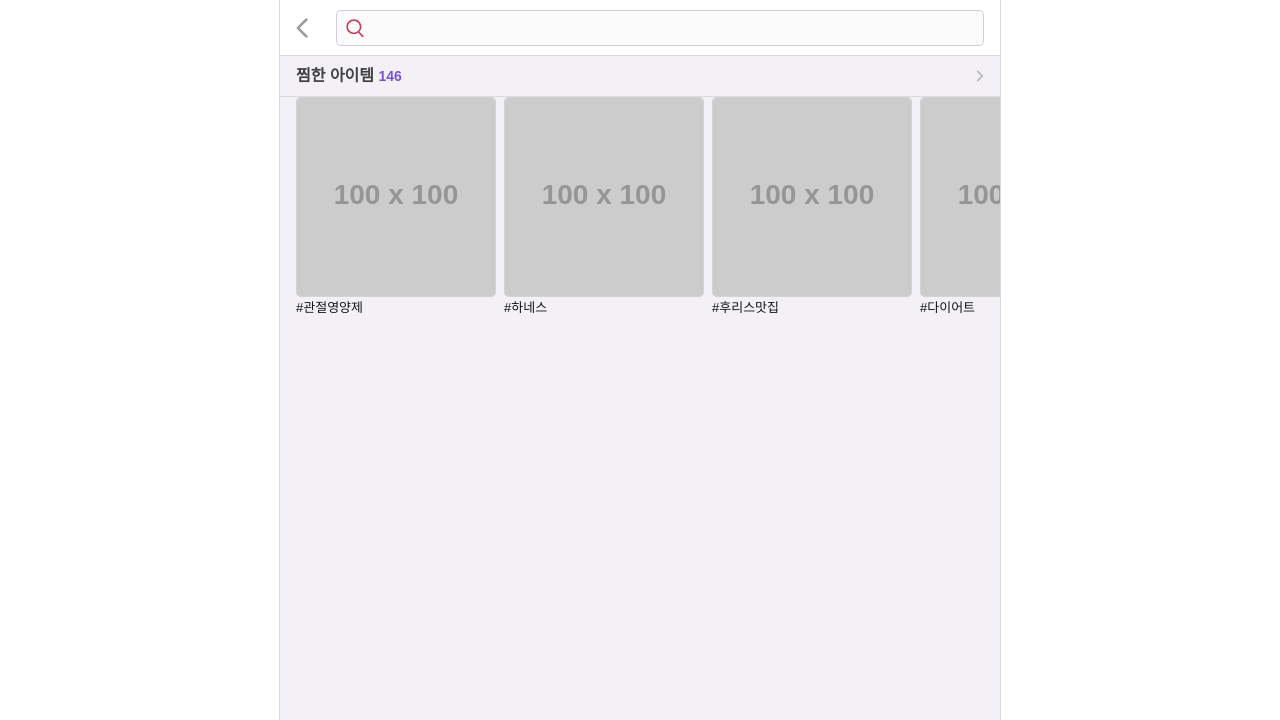
Repository: gosun1018/denguru
Page: search_review_item.html
The author's editor kept a copy of each file at every save. The page is drawn from the files as they stood at one save, then again after the next save.
The browser window is 1280 px wide. The pictures show the whole page.
Some web fonts or font styles are not loaded; a fallback is used. The style sheet was rebuilt from its Sass, Less or Tailwind sources for each picture, by a compiler version that may differ from the author's.

Above is the page before, as saved 2020-04-06 11:07:09.

### search_review_item.html
<!DOCTYPE html>
<html lang="ko">
<head>
    <meta charset="UTF-8">
    <meta name="viewport" content="width=device-width, initial-scale=1.0">
    <title>리뷰제품 선택</title>
    <link rel="stylesheet" href="https://unpkg.com/swiper/css/swiper.min.css">
    <link rel="stylesheet" href="css/main.css">
    <script src="https://unpkg.com/swiper/js/swiper.min.js"></script>
</head>
<body>
    <div class="wrap">
        <header class="header02">
            <h1 class="blind">리뷰제품 선택</h1>
            <a href="javascript:document.referrer? history.back() : location.href = 'home_review_write.html'" class="btn_goback"><img src="images/icon-goback.svg" alt="뒤로가기" class="icon"></a>
            <div class="h_search_box">
                <form action="">
                    <label for="inpSearch" class="lab_search"><img src="images/icon-search.svg" alt="검색" class="icon_search"></label>
                    <input type="search" name="inpSearch" class="inp_search" id="inpSearch">
                    <button type="button" class="btn_del btn_linkstyle blind" id="btnDel"><img src="images/icon-del.svg" alt="취소" class="icon"></button>
                </form>
            </div>
        </header>

        <div class="main">
            <div class="pd_header02"></div>
            <div class="search_review_item_container">
                <div class="title04">
                    <h2 class="tit">
                        찜한 아이템
                        <span class="tit_sub01">146</span>
                    </h2>
                    <a href="home_review_item.html" class="btn btn_linkstyle">
                        <img src="images/icon-angle-right-gray.svg" alt="리뷰더보기" class="icon">
                    </a>
                </div>
                <div class=" hash_list_container swiper-container">
                    <ul class="item_list04 swiper-wrapper">
                        <li class="item_box swiper-slide">
                            <a href="search_result.html">
                                <div class="item_thum"><img src="http://placehold.it/100x100" alt="#관절영양제" class="img"></div>
                                <div class="hash">#관절영양제</div>
                            </a>
                        </li>
                        <li class="item_box swiper-slide">
                            <a href="search_result.html">
                                <div class="item_thum"><img src="http://placehold.it/100x100" alt="#하네스" class="img"></div>
                                <div class="hash">#하네스</div>
                            </a>
                        </li>
                        <li class="item_box swiper-slide">
                            <a href="search_result.html">
                                <div class="item_thum"><img src="http://placehold.it/100x100" alt="#후리스맛집" class="img"></div>
                                <div class="hash">#후리스맛집</div>
                            </a>
                        </li>
                        <li class="item_box swiper-slide">
                            <a href="search_result.html">
                                <div class="item_thum"><img src="http://placehold.it/100x100" alt="#관절영양제" class="img"></div>
                                <div class="hash">#다이어트</div>
                            </a>
                        </li>
                        <li class="item_box swiper-slide">
                            <a href="search_result.html">
                                <div class="item_thum"><img src="http://placehold.it/100x100" alt="#하네스" class="img"></div>
                                <div class="hash">#장난감</div>
                            </a>
                        </li>
                        <li class="item_box swiper-slide">
                            <a href="search_result.html">
                                <div class="item_thum"><img src="http://placehold.it/100x100" alt="#후리스맛집" class="img"></div>
                                <div class="hash">#패딩</div>
                            </a>
                        </li>
                    </ul>
                </div>
            </div>
        </div>
    </div>

    <script>

         var swiper = new Swiper('.hash_list_container', {
            slidesPerView: 'auto',
            spaceBetween: 0,
        });

    </script>
</body>
</html>

### css/scss/main.scss
@charset "utf-8";

//utils
@import "utils/variables";
@import "utils/mixins";
@import "utils/animations";

// base
@import "base/reset";
@import "base/layout";
@import "base/typography";

//modules
@import "modules/swipercustom";
@import "modules/form";
@import "modules/button";
@import "modules/popup";
@import "modules/popover";
@import "modules/toast";
@import "modules/pagination";

//component
@import "component/header";
@import "component/navigation";
@import "component/itemlist";
@import "component/reviewlist";
@import "component/taglist";
@import "component/postlist";
@import "component/postcontent";

//pages
@import "pages/mainpg";
@import "pages/search";
@import "pages/resister-pet";
@import "pages/review";
@import "pages/home-item-info";
@import "pages/gostore";
@import "pages/store";
@import "pages/password-mail-complete";
@import "pages/my-main";
@import "pages/my-notification";
@import "pages/members";
@import "pages/withdrawal";
@import "pages/order-history";
@import "pages/mycomplain";
@import "pages/category-special";
@import "pages/pick";
@import "pages/personal-info";

### css/scss/utils/_mixins.scss
@mixin clearfix {
    &:after {
        content: '';
        display: block;
        clear: both;
    }
}

@mixin position-center($position) {
    position: $position;
    top: 50%;
    left: 50%;
    transform: translate(-50%, -50%);
}

@mixin one-line-ellipsis {
    white-space: nowrap;
    text-overflow: ellipsis;
    overflow: hidden;
}

@mixin multi-line-ellipsis ($line-height, $lines) {
    overflow: hidden;
    text-overflow: ellipsis;
    display: -webkit-box;
    -webkit-line-clamp: $lines;
    -webkit-box-orient: vertical;
    word-wrap: break-word;
    line-height: $line-height;
    height: $line-height * $lines * 1em;
}

@mixin circle ($box-size) {
    width: $box-size;
    height: $box-size;
    border-radius: $box-size / 2;
}

@mixin blind {
    position: absolute;
    overflow: hidden;
    clip: rect(0 0 0 0);
    margin: -1px;
    width: 1px;
    height: 1px;
}

@mixin layout-frame {
    width: 100%;
    max-width: 720px;
    min-width: 320px;
}

@mixin thumnail {
    position: relative;
    overflow: hidden;

    .img {
        position: absolute;
        top: 0;
        left: 0;
        width: 100%;
        height: 100%;
        object-fit: cover;
    }
}

@mixin thumnail-border($radius) {
    position: relative;

    &:after {
        content: '';
        position: absolute;
        top: 0;
        left: 0;
        width: 100%;
        height: 100%;
        box-sizing: border-box;
        border: 1px solid rgba($gray-2, 0.5);
        border-radius: $radius;
    }
}

@mixin btn-color-full($color) {
    background-color: $color;
    border: 1px solid $color;
}

### css/scss/utils/_animations.scss
@keyframes width-0-to-100 {
    from {
        width: 0;
    }

    to {
        width: 100%;
    }
}

### css/scss/base/_reset.scss
/* http://meyerweb.com/eric/tools/css/reset/
   v2.0 | 20110126
   License: none (public domain)
*/

html, body, div, span, applet, object, iframe, h1, h2, h3, h4, h5, h6, p, blockquote, pre, a, abbr, acronym, address, big, cite, code, del, dfn, em, img, ins, kbd, q, s, samp, small, strike, strong, sub, sup, tt, var, b, u, i, center, dl, dt, dd, ol, ul, li, fieldset, form, label, legend, table, caption, tbody, tfoot, thead, tr, th, td, article, aside, canvas, details, embed, figure, figcaption, footer, header, hgroup, menu, nav, output, ruby, section, summary, time, mark, audio, video {
    margin: 0;
    padding: 0;
    border: 0;
    font-size: 100%;
    font: inherit;
    vertical-align: baseline; }

  /* HTML5 display-role reset for older browsers */

  article, aside, details, figcaption, figure, footer, header, hgroup, menu, nav, section {
    display: block; }

  body {
    line-height: 1; }

  ol, ul {
    list-style: none; }

  blockquote, q {
    quotes: none; }

  blockquote {
    &:before, &:after {
      content: '';
      content: none; } }

  q {
    &:before, &:after {
      content: '';
      content: none; } }

  table {
    border-collapse: collapse;
    border-spacing: 0; }

  a {
    color: inherit;
    text-decoration: none;
  }
  :focus {
    outline-color: $main-color;
  }

### css/scss/modules/_swipercustom.scss
.swiper-pagination {

    .swiper-pagination-bullet {
        width: 8px;
        height: 8px;
    }
}
.swiper-container-horizontal>.swiper-pagination-bullets .swiper-pagination-bullet {
    margin: 0 $layout-small-padding;
}

.pagination_main {
    .swiper-pagination-bullet {
        background-color: #b8b3c3;
        opacity: 1;
    }
    .swiper-pagination-bullet-active {
        background-color: $main-color;
    }
}
.pagination_white {
    .swiper-pagination-bullet {
        background-color: #b8b3c3;
        opacity: 1;
    }
    .swiper-pagination-bullet-active {
        background-color: $gray-0;
    }
}
.swiper-pagination {font-size: 0;}

.items_wrap.swiper-container {
    padding: 0 $layout-base-padding 10px;
}

### css/scss/modules/_popover.scss
.popover_container {
    position: relative;
}
.popover {
    display: none;
    position: absolute;
    padding: 8px;
    border-radius: $base-border-radius;
    word-break: keep-all;
    font-size: $base-font-size;
    line-height: $base-line-height;
    box-shadow: 0 1px 4px rgba(0,0,0,0.15);

    &:before {
        content: '';
        position: absolute;
        display: block;
        width: 12px;
        height: 12px;
        // border: 5px solid transparent;
        background-repeat: no-repeat;
        background-size: contain;
        background-position: center bottom;
    }
    &.show {
        display: block;
    }
}
.popover_main {
    background-color: #ebe3ff;
    color: $base-font-color;
    border: 1px solid #cac2de;

    &.popover_right_top:before {
        background-image: url(/images/popover-triangle-main.png);
    }
}
.popover_right_top{
    top: calc(100% + 6px);
    right: -5px;

    &:before {
        top: -12px;
        right: 5px;
    }
}

### css/scss/modules/_toast.scss
.toast_box {
    position: fixed;
    bottom: $gnb-bottom-height;
    left: $layout-base-padding;
    right: $layout-base-padding;
    display: flex;
    justify-content: center;
    align-items: center;
    padding: $layout-small-padding;
    min-height: 48px;
    box-sizing: border-box;
    background-color: rgba(0,0,0,0.85);
    color: #fff;
    font-size: $base-font-size;
    line-height: $base-line-height;
    text-align: center;
    word-break: keep-all;
    border-radius: $large-border-radius;
    overflow: hidden;
    visibility: hidden;
    opacity: 0;
    transition: opacity .5s, visibility .5s, transform .5s;
    z-index: 900;

    &.show {
        opacity: 1;
        visibility: visible;
        transform: translate(0, $layout-small-padding*-1);
    }
}

### css/scss/modules/_pagination.scss
.pagination01 {
    display: flex;
    justify-content: center;

    .page {
        height: 24px;
        min-width: 24px;
        padding: 0 3px;
        box-sizing: border-box;
        border-radius: 12px;
        margin: 0 4px;
        text-align: center;
        font-size: $base-font-size;
        line-height: 24px;
        color: $light-font-color;

        &.active {
            background-color: $main-color;
            color: $gray-0;
            font-weight: 900;
        }
        &.disabled {
            opacity: .5;
        }
    }
    .page_link {
        display: block;
        width: 100%;
        height: 100%;

        .icon {
            padding-top: 3px;
            // height: 100%;
            object-fit: contain;
        }
    }
}

### css/scss/component/_taglist.scss
.tag_list01 {

    .tag_item {
        width: fit-content;
        float: left;

        .btn {
            margin: 0 4px;
        }
        &:first-child .btn {
            margin-left: $layout-base-padding;
        }
        &:last-child .btn {
            margin-right: $layout-base-padding;
        }

        &.active .btn {
            font-weight: bold;
            background-color: $secondary-color;
            border-color: $secondary-color;
        }
    }
}

### css/scss/component/_postlist.scss
.post_list_wrap {
    flex: 1;
    padding: $layout-small-padding 0 $layout-base-padding;
    background-color: $gray-0;

    .pagination01 {
        margin-top: $layout-base-padding * 2;
    }
}

.post_list01 {
    padding: 0 $layout-base-padding;

    .post_item {
        padding: $layout-base-padding 0;
        border-bottom: $light-border;
    }
    .post_date {
        margin-bottom: $layout-small-padding;
        font-size: $small-font-size;
        color: $light-font-color;
    }
    .post_title {
        font-size: $base-font-size;
        color: $bold-font-color;
        @include multi-line-ellipsis($base-line-height,2);
        height: auto;
        max-height: $base-line-height * 2em;

        .icon_new {
            height: 1em;
            vertical-align: middle;
        }
    }
}

### css/scss/pages/_gostore.scss
.h_load_bar_box {
    display: none;
    width: 100%;
    height: 4px;
    background-color: $bg-gray-color;
    overflow: hidden;

    &.show {
        display: block;
    }

    .h_load_bar {
        width: 0;
        height: 100%;
        background-color: $main-color;
        border-radius: 0 2px 2px 0;
        animation: ease-in-out 5s forwards width-0-to-100;
    }
}

.load_gostore_container {
    display: none;
    flex: 1;
    box-sizing: border-box;
    flex-direction: column;
    background-color: $gray-0;

    &.show {
        display: flex;
    }

    .load_img_container {
        display: flex;
        flex: 7;
        justify-content: center;
        align-items: center;
    }
    .load_img_box {
        width: 140px;
        margin: 0 auto 22px;
    }
    .load_txt_box {
        text-align: center;

        .txt01 {
            font-size: 20px;
            color: $base-font-color;
            font-weight: 900;
        }
        .txt02 {
            margin-top: $layout-small-padding;
            font-size: $large-font-size;
            color: $base-font-color;
        }
        .emph {
            color: $main-font-color;
        }
    }
    .load_notice_container {
        display: flex;
        justify-content: center;
        align-items: center;
        flex: 3;
        background-color: $gray-1;
        text-align: center;
        font-size: $small-font-size;
        line-height: $base-line-height;
        color: $light-font-color;
    }
}
.page_store {
    display: none;
    flex: 1;
    overflow-y: auto;
    overflow-x: hidden;

    &.show {
        display: block;
    }
}

### css/scss/pages/_password-mail-complete.scss
.mail_complete_container {
    height: 100vh;
    display: flex;
    flex-direction: column;
    justify-content: center;
    align-items: center;
    background-color: $gray-0;

    .img_motion_box {
        width: 140px;
        margin: 0 auto;

        .img {
            width: 100%;
        }
    }
    .mail_complete_txt01 {
        margin-top: $layout-large-padding;
        text-align: center;
        font-size: 20px;
        line-height: $narrow-line-height;
        font-weight: 900;

        .emph {
            color: #8054ea;
        }
    }
    .mail_complete_txt02 {
        margin-top: 12px;
        text-align: center;
        font-size: $base-font-size;
        line-height: $base-line-height;
        color: $base-font-color;
    }
    .btn_box {
        margin-top: 60px;
        justify-content: center;
    }
    .btn_mail_success {
        width: 90px;
        height: 40px;
        font-size: $large-font-size;
        line-height: 40px;
    }
}

### css/scss/pages/_my-notification.scss
.notification_list_container {
    background-color: $gray-0;

    .notification_box {
        position: relative;
        padding: $layout-large-padding $layout-base-padding;

        &:not(:first-child):before {
            content: '';
            display: block;
            position: absolute;
            top: 0;
            left: $layout-base-padding;
            right: $layout-base-padding;
            height: 1px;
            background-color: $gray-1;
        }
    }
    .notification_new {
        background-color: $bg-gray-color;
    }
    .notification_link {
        display: flex;
    }
    .icon_box {
        flex-shrink: 0;
        width: 24px;
        height: 24px;
        margin-right: $layout-base-padding;
    }
    .notification_content {
        flex: 1;
    }
    .notification_title {
        font-size: $base-font-size;
        color: $bold-font-color;
        line-height: $base-line-height;
    }
    .notification_date {
        margin-top: 4px;
        font-size: $small-font-size;
        color: $light-font-color;
    }
    .notification_img {
        margin-top: $layout-base-padding;
    }
}

### css/scss/pages/_withdrawal.scss
.withdrawal_title_container {
    padding: $layout-base-padding*2 $layout-base-padding;
    background-color: $gray-0;

    .img_box {
        height: 64px;

        .img {
            height: 100%;
            object-fit: contain;
        }
    }
    .withdrawal_title {
        margin-top: $layout-base-padding;
        font-size: $title-font-size;
        font-weight: bold;
        color: $bold-font-color;
    }
}
.withdrawal_info_container {
    padding: $layout-large-padding 0;

    .withdrawal_item_num {
        font-weight: bold;
        color: $main-font-color;
    }
    .title07 {
        margin: 0 $layout-base-padding;
    }
}
.withdrawal_item_box {
    margin-bottom: $layout-large-padding;

    .withdrawal_item_list_container {
        margin-top: $layout-small-padding;
    }
    .thumb_box {
        width: 56px;
        height: 56px;
        overflow: hidden;
        border-radius: $base-border-radius;
        @include thumnail;
    }
    .withdrawal_item_bnr {
        margin: $layout-base-padding $layout-base-padding 0;
    }
}
.withdrawal_notice_box {
    padding: 0 $layout-base-padding;

    .withdrawal_notice {
        margin-top: $layout-small-padding;
        font-size: $small-font-size;
        color: $base-font-color;
        line-height: $base-line-height;
    }
}
.withdrawal_btn_container {
    flex: 1;
    padding: $layout-large-padding $layout-base-padding;
    background-color: $gray-0;

    .btn_box {
        margin-top: $layout-large-padding;
    }
}

### css/scss/pages/_category-special.scss
.category_wrap {
    background-color: $gray-0;

    .title08 {
        padding: $layout-large-padding $layout-base-padding 0;
    }
}

.special_wrap {
    margin-top: $layout-small-padding;
    padding-bottom: $layout-large-padding;
    flex: 1;
    background-color: $gray-0;

    .title08 {
        padding: $layout-large-padding $layout-base-padding 0;
    }
    .store_list_hash {
        padding-bottom: 0;
    }
    .banner_list {
        padding: 0 $layout-base-padding;
    }
    .banner_box{
        border-radius: $base-border-radius;
        overflow: hidden;

        &:not(:last-child) {
            margin-bottom: $layout-base-padding;
        }
    }
}
.special_item_list_container {

    .title09 {
        padding: 0 $layout-base-padding;
        margin-bottom: $layout-base-padding;
    }
}
.event_post_content_wrap {
    padding-top: $layout-large-padding;
    background-color: $gray-0;

    .title06 {
        margin: 0 $layout-base-padding $layout-base-padding;
    }
}

### css/scss/pages/_pick.scss
.pick_title_box {
    display: flex;
    align-items: center;
    padding: $layout-large-padding $layout-base-padding;
    background-color: $gray-0;

    .pick_title_btn_box {
        font-size: 0;
    }
    .btn_pick {
        display: inline-block;
        width: 20px;
        height: 20px;
        margin-left: $layout-base-padding;
        font-size: 10px;

    }
}
.pick_items_wrap {
    flex: 1;
    background-color: $gray-0;

    .title07 {
        margin: 0 $layout-base-padding $layout-base-padding;
    }
    .emph_color_main {
        font-size: $mid-font-size;
        font-weight: bold;
    }
    .items_wrap {
        padding-bottom: $layout-large-padding;
    }
    .item_box {
        position: relative;
    }
    .store_box {
        .pick_num_item {
            flex-shrink: 0;
            min-width: 38px;
            margin-left: $layout-small-padding;
            font-size: $base-font-size;
            color: $main-font-color;
            text-align: right;
        }
        .icon {
            height: 20px;
            vertical-align: middle;
        }
    }
}
.pick_inp_check_box {
    position: absolute;
    top: 0;
    left: 0;
    width: 100%;
    height: 100%;
    border-radius: $base-border-radius;
    overflow: hidden;

    .lab_check {
        display: block;
        width: 100%;
        height: 100%;

        &:before {
            content: '';
            display: block;
            width: 20px;
            height: 20px;
            box-sizing: border-box;
            border: 1px solid #fff;
            border-radius: 10px;
            position: absolute;
            top: 4px;
            left: 4px;
            background-image: url(/images/icon-checkbox-circle.svg);
            background-repeat: no-repeat;
            background-size: contain;
        }
    }
    .inp_check:checked + .lab_check {
        background-color: rgba($main-color,0.2);

        &:before {
            background-image: url(/images/icon-checkbox-circle-checked.svg);
        }
    }
}

### css/scss/pages/_personal-info.scss
.recommand_password_container {
    flex: 1;
    display: flex;
    flex-direction: column;
    justify-content: center;
    // align-items: center;
    background-color: $gray-0;
    padding: 48px 0;
}
.recommand_password_title_box {
    margin-bottom: $layout-large-padding;
    font-size: $title-font-size;
    font-weight: bold;
    color: $bold-font-color;
    line-height: $narrow-line-height;
}
.recommand_password_img_box {
    margin: 0 auto $layout-base-padding;
    height: 96px;
    text-align: center;

    .img {
        height: 100%;
    }
}
.recommand_password_txt_box {
    padding: 0 $layout-base-padding;
    margin-bottom: $layout-large-padding;
    font-size: $base-font-size;
    color: $base-font-color;
    line-height: $base-line-height;
}
.change_password_form_container {
    padding: 0 $layout-base-padding*2;

    .btn {
        font-size: $base-font-size;
        height: 40px;
        line-height: 38px;
    }
    .inp_box04 {
        margin-bottom: $layout-base-padding;
    }
    .inp_txt::placeholder {
        font-size: 12px;
    }
    @media screen and (max-width: 359px) {
        padding: 0 $layout-base-padding;
    }
}

Loaded but not shown: css/scss/component/_reviewlist.scss (493 lines, source omitted); css/scss/modules/_form.scss (459 lines, source omitted); css/scss/pages/_search.scss (451 lines, source omitted); css/scss/component/_header.scss (459 lines, source omitted); css/scss/pages/_review.scss (399 lines, source omitted); css/scss/component/_itemlist.scss (324 lines, source omitted); css/scss/pages/_my-main.scss (264 lines, source omitted); css/scss/pages/_store.scss (238 lines, source omitted); css/scss/modules/_popup.scss (241 lines, source omitted); css/scss/pages/_home-item-info.scss (180 lines, source omitted); css/scss/pages/_order-history.scss (188 lines, source omitted); css/scss/component/_navigation.scss (177 lines, source omitted); css/scss/pages/_members.scss (167 lines, source omitted); css/scss/pages/_resister-pet.scss (162 lines, source omitted); css/scss/modules/_button.scss (181 lines, source omitted); css/scss/component/_postcontent.scss (143 lines, source omitted); css/scss/pages/_mycomplain.scss (126 lines, source omitted); css/scss/pages/_mainpg.scss (130 lines, source omitted); css/scss/base/_typography.scss (112 lines, source omitted); css/scss/base/_layout.scss (118 lines, source omitted); css/scss/utils/_variables.scss (81 lines, source omitted)

After the next save:
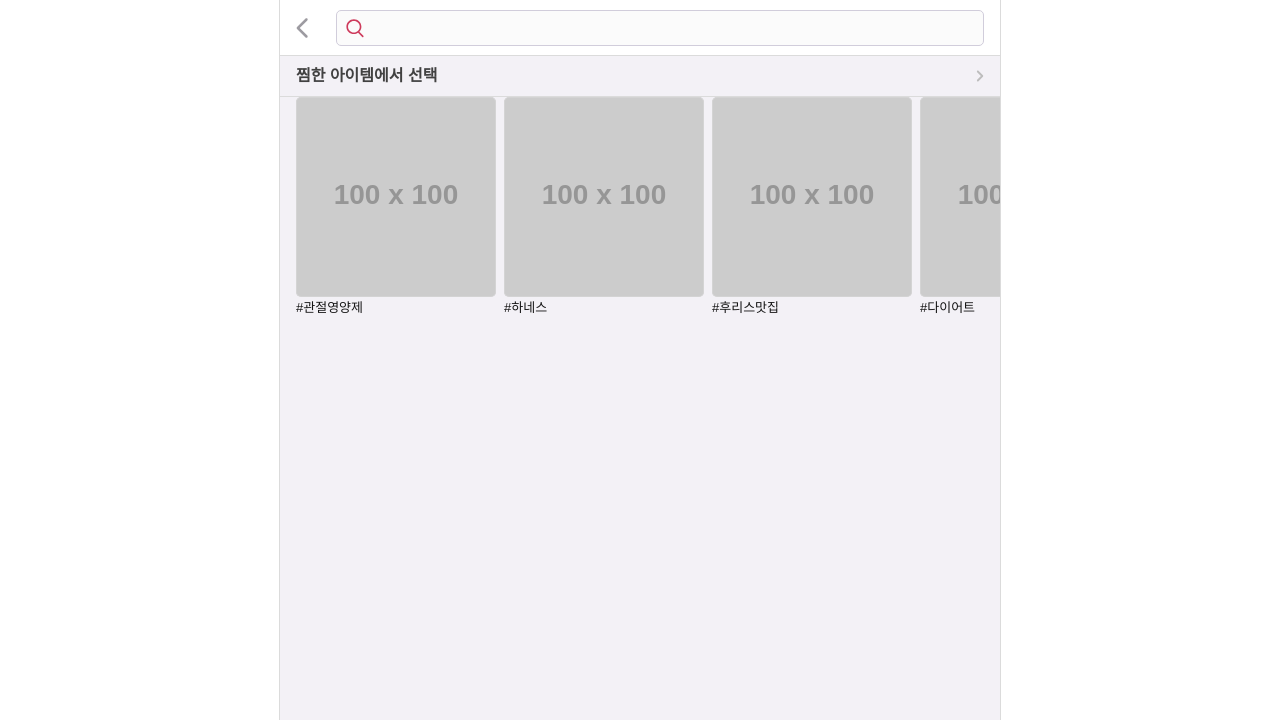
Saved 22 s later.
--- a/search_review_item.html
+++ b/search_review_item.html
@@ -27,8 +27,7 @@
             <div class="search_review_item_container">
                 <div class="title04">
                     <h2 class="tit">
-                        찜한 아이템
-                        <span class="tit_sub01">146</span>
+                        찜한 아이템에서 선택
                     </h2>
                     <a href="home_review_item.html" class="btn btn_linkstyle">
                         <img src="images/icon-angle-right-gray.svg" alt="리뷰더보기" class="icon">
